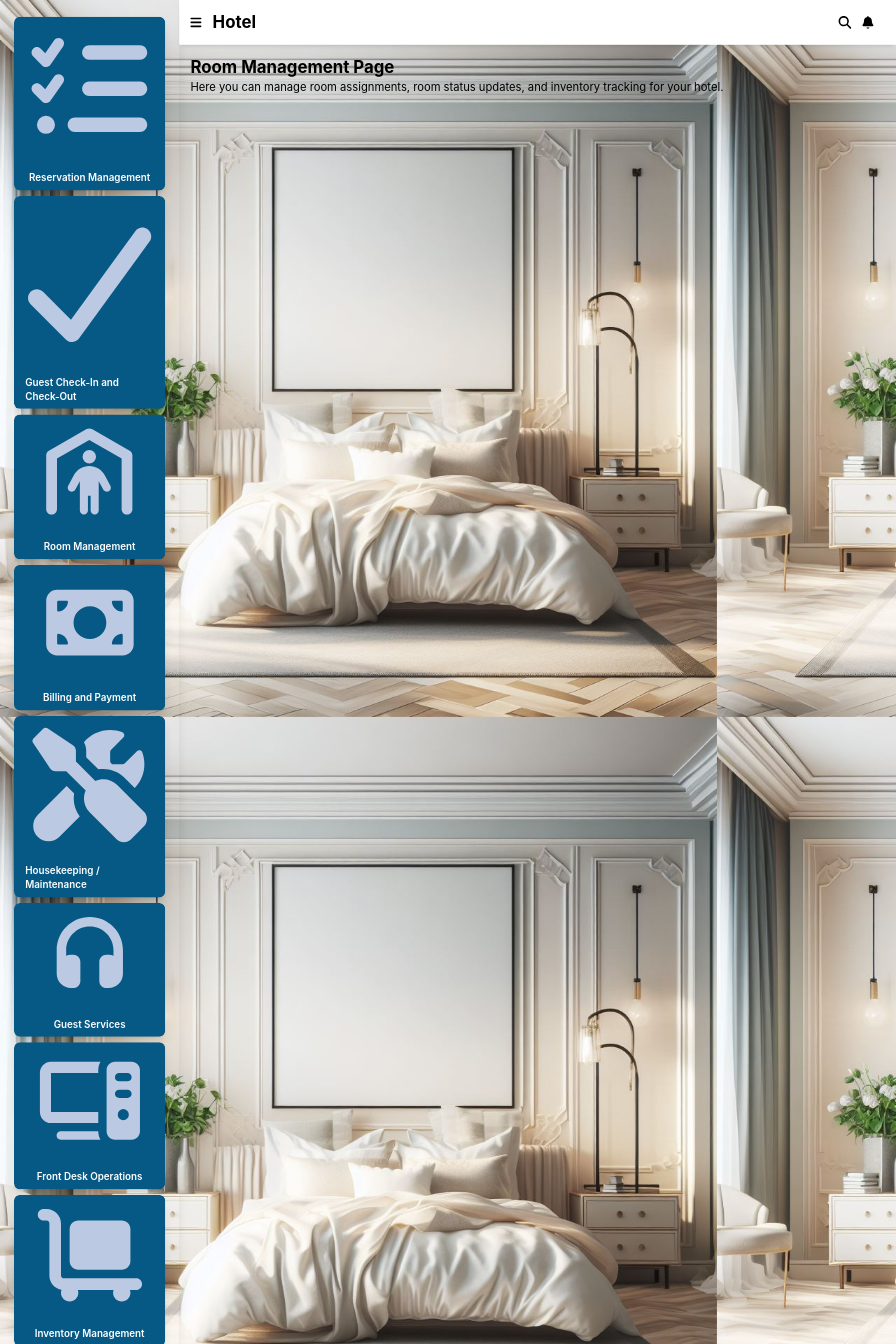
Repository: musabismael/Hotel
Page: /room_management
These files come from the project's save history. The page is drawn as it stood at one moment and after the next save; the edit follows.
The browser window is 1280 px wide. The pictures show the part of the page from y = 0 to 1920 px (the page is 3016 px tall), at 70% of full size.
The project was rebuilt for these pictures with package versions that can differ from the ones it lists, and the page was loaded fresh each time. Also part of the build but not shown: vite.config.js, src/App.css, src/pages/ReservationManagement.jsx, src/pages/GuestCheckInOut.jsx, src/pages/BillingPayment.jsx, src/pages/HousekeepingMaintenance.jsx, src/pages/GuestServices.jsx, src/pages/FrontDeskOperations.jsx and 5 more.

Above is the page before, as saved 2023-10-01 17:31:11.

### index.html
<!doctype html>
<html lang="en">
  <head>
    <meta charset="UTF-8" />
    <link rel="icon" type="image/svg+xml" href="/vite.svg" />
    <meta name="viewport" content="width=device-width, initial-scale=1.0" />
    <title>Hotel</title>
  </head>
  <body>
    <div id="root"></div>
    <script type="module" src="/src/main.jsx"></script>
  </body>
</html>

### src/App.jsx
import "./App.css";
import { createBrowserRouter } from "react-router-dom";
import { RouterProvider } from "react-router";
import LandingPageLayout from "./layouts/LandingPageLayout";
import ReservationManagement from "./pages/ReservationManagement";
import GuestCheckInOut from "./pages/GuestCheckInOut";
import RoomManagement from "./pages/RoomManagement";
import BillingPayment from "./pages/BillingPayment";
import HousekeepingMaintenance from "./pages/HousekeepingMaintenance";
import GuestServices from "./pages/GuestServices";
import FrontDeskOperations from "./pages/FrontDeskOperations";
import InventoryManagement from "./pages/InventoryManagement";
import ReportingAnalytics from "./pages/ReportingAnalytics";
import SecurityAccessControl from "./pages/SecurityAccessControl";
import PointOfSale from "./pages/PointOfSale";
import CRM from "./pages/CRM"; // Import the CRM component
const router = createBrowserRouter([
  {
    path: "/",
    element: <LandingPageLayout />,
    children: [
      {
        path: "/reservation_management",
        element: <ReservationManagement />,
      },
      {
        path: "/guestCheckInOut",
        element: <GuestCheckInOut />,
      },
      {
        path: "/billing_and_payment",
        element: <BillingPayment />,
      },
      {
        path: "/room_management",
        element: <RoomManagement />,
      },
      {
        path: "/housekeeping_maintenance",
        element: <HousekeepingMaintenance />,
      },
      {
        path: "/guest_services",
        element: <GuestServices />,
      }, {
        path: "/desk_operations",
        element: <FrontDeskOperations />,
      }, {
        path: "/security_control",
        element: <SecurityAccessControl />,
      },
      {
        path: "/reporting_and_analytics",
        element: <ReportingAnalytics />,
      }, {
        path: "/inventory_management",
        element: <InventoryManagement />,
      },
      {
        path: "/pos",
        element: <PointOfSale />,
      },
      {
        path: "/crm",
        element: <CRM />,
      },
    ],
  },
]);

const App = () => <RouterProvider router={router} />;
export default App;

### src/index.css
@tailwind base;
@tailwind components;
@tailwind utilities;

:root {
  font-family: Inter, system-ui, Avenir, Helvetica, Arial, sans-serif;
  line-height: 1.5;
  font-weight: 400;
  background-image: url("cover.jpeg"), url("cover.jpeg");
  background-color:#397398;

  font-synthesis: none;
  text-rendering: optimizeLegibility;
  -webkit-font-smoothing: antialiased;
  -moz-osx-font-smoothing: grayscale;
  -webkit-text-size-adjust: 100%;
}

### src/layouts/LandingPageLayout.jsx
import { Outlet } from "react-router";
import Header from "../component/Header";
import Sidebar from "../component/Sidebar";
const LandingPageLayout = () => {
  return (
    <div className="flex #3d7c9f">
      <Sidebar />

      <div className="flex-1">
        <Header />
        <main className="p-4">
          <Outlet />
        </main>
      </div>
    </div>
  );
};

export default LandingPageLayout;

### src/pages/RoomManagement.jsx
// RoomManagement.js


function RoomManagement() {
  return (
    <div>
      <h2 className="text-2xl font-bold">Room Management Page</h2>
      {/* Add content specific to the Room Management page here */}
      <p>
        Here you can manage room assignments, room status updates, and
        inventory tracking for your hotel.
      </p>
    </div>
  );
}

export default RoomManagement;

### src/component/Header.jsx
import { FontAwesomeIcon } from "@fortawesome/react-fontawesome";
import { faBars, faBell, faSearch } from "@fortawesome/free-solid-svg-icons";

function Header() {
  return (
    <header className="bg-white shadow-md p-4 flex justify-between items-center sticky top-0 w-full ">
      <div className="flex items-center">
        <FontAwesomeIcon
          icon={faBars}
          className="text-black mr-4 text-lg color"
        />
        <h1 className="text-2xl font-bold text-black">Hotel</h1>
      </div>
      <div className="flex items-center">
        <FontAwesomeIcon icon={faSearch} className="text-black text-lg mr-4" />
        <FontAwesomeIcon icon={faBell} className="text-black text-lg mr-4" />

        {/* Add other icons or elements on the right side here */}
      </div>
    </header>
  );
}

export default Header;

### src/component/Sidebar.jsx
import Card from "./Card";
import {
  faPersonShelter,
  faListCheck,
  faCheck,
  faMoneyBill,
  faScrewdriverWrench,
  faHeadphones,
  faComputer,
  faCartFlatbed,
  faPersonMilitaryPointing,
  faChartBar,
  faKey,
  faBookmark

} from "@fortawesome/free-solid-svg-icons";

const Sidebar = () => {
  const cardData = [
    {
      id: 1,
      title: "Reservation Management",
      description:
        "Online booking, availability calendar, and booking modification.",
      icon: faListCheck,
      link: "/reservation_management",
    },
    {
      id: 2,
      title: "Guest Check-In and Check-Out",
      description: "Guest registration, check-out, and key card issuance.",
      icon: faCheck,
      link: "/GuestCheckInOut",
    },
    {
      id: 3,
      title: "Room Management",
      description: "Room assignment, status updates, and inventory tracking.",
      icon: faPersonShelter,
      link: "/room_Management",
    },
    {
      id: 4,
      title: "Billing and Payment",
      description: "Invoicing, payment processing, and split billing.",
      icon: faMoneyBill,
      link: "/billing_and_payment",
    },
    {
      id: 5,
      title: "Housekeeping / Maintenance",
      description:
        "Housekeeping schedule, maintenance requests, and inventory management.",
      icon: faScrewdriverWrench,
      link: "/housekeeping_maintenance",
    },
    {
      id: 6,
      title: "Guest Services",
      description:
        "Concierge services, room service, wake-up calls, and laundry services.",
      icon: faHeadphones,
      link: "/guest_services",
    },
    {
      id: 7,
      title: "Front Desk Operations",
      description: "Guest inquiries, check-in/out, and guest profile access.",
      icon: faComputer,
      link: "/desk_operations",
    },
    {
      id: 8,
      title: "Inventory Management",
      description: "Managing hotel supplies and amenities.",
      icon: faCartFlatbed,
      link: "/inventory_management",
    },
    {
      id: 9,
      title: "Reporting and Analytics",
      description: "Generate reports on occupancy, revenue, and key metrics.",
      icon: faChartBar,
      link: "/reporting_and_analytics",
    },

    {
      id: 10,
      title: "Security and Access Control",
      description: "Surveillance camera integration and access control.",
      icon: faKey,
      link: "/security_control",
    },
    {
      id: 11,
      title: "Point of Sale (POS)",
      description:
        "Integration with on-site restaurants, bars, and gift shops.",
      icon: faBookmark,
      link: "/pos",
    },

    {
      id: 12,
      title: "Customer Relationship Management (CRM)",
      description: "Guest profiles, preferences, and loyalty programs.",
      icon: faPersonMilitaryPointing,
      link: "/crm",
    },

    // Add more service/feature objects here
  ];

  const handleCardClick = (id) => {
    console.log(`Card with ID ${id} clicked`);
  };
  return (
    <aside className="bg-white-700  w-1/5 min-h-screen p-4 mt-auto shadow-lg">
      <nav>
        {cardData.map((card) => (
          <Card
            key={card.id}
            link={card.link}
            icon={card.icon}
            title={card.title}
            onClick={() => handleCardClick(card.id)}
          />
        ))}
      </nav>
    </aside>
  );
};

export default Sidebar;

### src/component/Card.jsx
import { Link } from "react-router-dom";
import { FontAwesomeIcon } from "@fortawesome/react-fontawesome";
function Card({ link, icon, title, onClick }) {
  return (
    <div
      className="max-w-sm  mx-1 my-2 cursor-pointer shadow-lg rounded-lg overflow-hidden hover:shadow-xl transition duration-300 transform hover:scale-105"
      onClick={onClick}
    >
      <div className="bg-sky-800 rounded-lg overflow-hidden shadow-lg flex flex-col items-center justify-center">
        <Link to={link} className="text-blue-600 hover:text-blue-800">

          <FontAwesomeIcon
            icon={icon}
            size="2xs"
            className=" w-auto p-5 h-auto object-cover"
            style={{color: "#bbc9e2",}}
          />

          <div className="px-4 py-2 items-center">
            <h3 className=" text-white text-sm  flex flex-col text-ellipsis items-center font-semibold">
              {title}
            </h3>
            {/* Add more content or description here if needed */}
          </div>
        </Link>
      </div>
    </div>
  );
}

export default Card;

### tailwind.config.js
/** @type {import('tailwindcss').Config} */
export default {
  content: [
    "./index.html",
    "./src/**/*.{js,ts,jsx,tsx}",
  ],
  theme: {
    extend: {
      fontFamily: {
        'custom': ['CustomFont', 'sans'],
      },
      textColor: {
        'custom': '#333333', // Custom text color
      },
    },
  },
  plugins: [],
}

Loaded but not shown: src/main.jsx (common file)

After the next save:
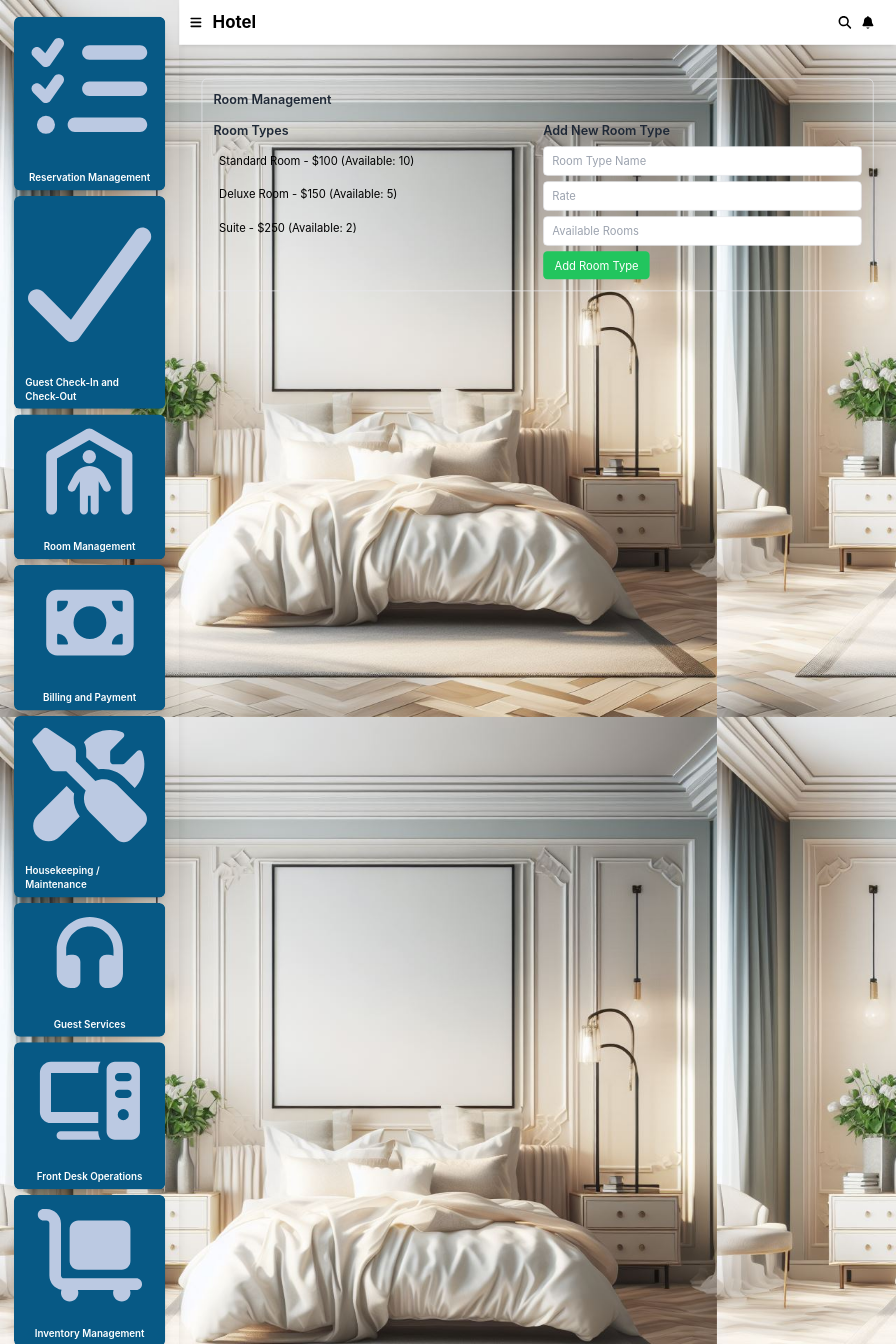
Saved 117 s later.
--- a/src/pages/RoomManagement.jsx
+++ b/src/pages/RoomManagement.jsx
@@ -1,17 +1,120 @@
-// RoomManagement.js
+import React, { useState } from 'react';
 
+const RoomManagement = () => {
+  const [roomTypes, setRoomTypes] = useState([
+    { id: 1, name: 'Standard Room', rate: 100, available: 10 },
+    { id: 2, name: 'Deluxe Room', rate: 150, available: 5 },
+    { id: 3, name: 'Suite', rate: 250, available: 2 },
+  ]);
 
-function RoomManagement() {
+  const [selectedRoomType, setSelectedRoomType] = useState(null);
+  const [newRoomType, setNewRoomType] = useState({ name: '', rate: '', available: '' });
+
+  const handleRoomTypeClick = (roomType) => {
+    setSelectedRoomType(roomType);
+  };
+
+  const handleAddRoomType = () => {
+    // Add a new room type to the list
+    setRoomTypes([...roomTypes, newRoomType]);
+    // Clear the input fields
+    setNewRoomType({ name: '', rate: '', available: '' });
+  };
+
+  const handleDeleteRoomType = () => {
+    // Remove the selected room type from the list
+    if (selectedRoomType) {
+      const updatedRoomTypes = roomTypes.filter((room) => room.id !== selectedRoomType.id);
+      setRoomTypes(updatedRoomTypes);
+      setSelectedRoomType(null);
+    }
+  };
+
   return (
-    <div>
-      <h2 className="text-2xl font-bold">Room Management Page</h2>
-      {/* Add content specific to the Room Management page here */}
-      <p>
-        Here you can manage room assignments, room status updates, and
-        inventory tracking for your hotel.
-      </p>
+    <div className="container mx-auto p-4">
+      <div className="my-4 p-4 border rounded-lg">
+        <h2 className="text-lg text-gray-800 font-semibold mb-4">Room Management</h2>
+        <div className="grid grid-cols-2 gap-4">
+          <div>
+            <h3 className="text-lg text-gray-800 font-semibold mb-2">Room Types</h3>
+            <ul className="space-y-2">
+              {roomTypes.map((roomType) => (
+                <li
+                  key={roomType.id}
+                  className={`cursor-pointer ${
+                    selectedRoomType && selectedRoomType.id === roomType.id
+                      ? 'bg-blue-200'
+                      : 'hover:bg-gray-100'
+                  } p-2 rounded-lg`}
+                  onClick={() => handleRoomTypeClick(roomType)}
+                >
+                  {roomType.name} - ${roomType.rate} (Available: {roomType.available})
+                </li>
+              ))}
+            </ul>
+          </div>
+          <div>
+            <h3 className="text-lg text-gray-800 font-semibold mb-2">Add New Room Type</h3>
+            <div className="mb-2">
+              <input
+                type="text"
+                placeholder="Room Type Name"
+                className="w-full border rounded-md py-2 px-3"
+                value={newRoomType.name}
+                onChange={(e) => setNewRoomType({ ...newRoomType, name: e.target.value })}
+              />
+            </div>
+            <div className="mb-2">
+              <input
+                type="number"
+                placeholder="Rate"
+                className="w-full border rounded-md py-2 px-3"
+                value={newRoomType.rate}
+                onChange={(e) => setNewRoomType({ ...newRoomType, rate: e.target.value })}
+              />
+            </div>
+            <div className="mb-2">
+              <input
+                type="number"
+                placeholder="Available Rooms"
+                className="w-full border rounded-md py-2 px-3"
+                value={newRoomType.available}
+                onChange={(e) => setNewRoomType({ ...newRoomType, available: e.target.value })}
+              />
+            </div>
+            <button
+              type="button"
+              className="bg-green-500 text-white py-2 px-4 rounded-md"
+              onClick={handleAddRoomType}
+            >
+              Add Room Type
+            </button>
+          </div>
+        </div>
+        {selectedRoomType && (
+          <div className="mt-4">
+            <h3 className="text-lg text-gray-800 font-semibold mb-2">Selected Room Type</h3>
+            <div className="mb-2">
+              <p>Name: {selectedRoomType.name}</p>
+            </div>
+            <div className="mb-2">
+              <p>Rate: ${selectedRoomType.rate}</p>
+            </div>
+            <div className="mb-2">
+              <p>Available: {selectedRoomType.available}</p>
+            </div>
+            <button
+              type="button"
+              className="bg-red-500 text-white py-2 px-4 rounded-md"
+              onClick={handleDeleteRoomType}
+            >
+              Delete Room Type
+            </button>
+          </div>
+        )}
+      </div>
     </div>
   );
-}
+};
 
 export default RoomManagement;
